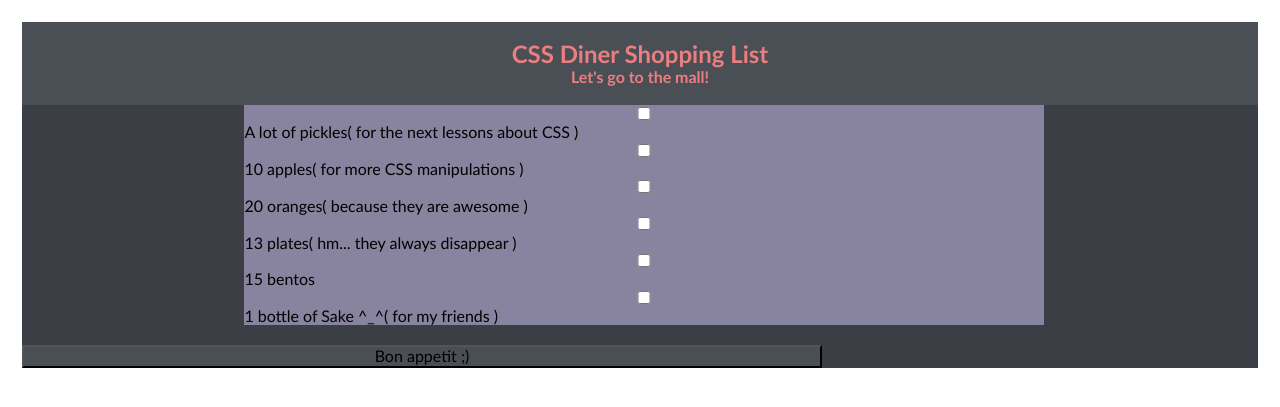
Repository: shpakovskaya/github.io
Page: selector css/shopping list/index.html
An editor plug-in stored every save of this project. The page is shown before and after the next save, followed by the edit.
The browser window is 1280 px wide. The pictures show the whole page.

Above is the page before, as saved 2021-10-25 22:03:07.

### selector css/shopping list/index.html
<!DOCTYPE html>
<html lang="en">
  <head>
    <meta charset="UTF-8" />
    <meta http-equiv="X-UA-Compatible" content="IE=edge" />
    <meta name="viewport" content="width=device-width, initial-scale=1.0" />
    <title>Shopping list</title>
    <link rel="shortcut icon" href="./favicon.ico" type="image/x-icon" />
    <link
      rel="stylesheet"
      href="https://cdnjs.cloudflare.com/ajax/libs/normalize/8.0.1/normalize.min.css"
      integrity="sha512-NhSC1YmyruXifcj/KFRWoC561YpHpc5Jtzgvbuzx5VozKpWvQ+4nXhPdFgmx8xqexRcpAglTj9sIBWINXa8x5w=="
      crossorigin="anonymous"
      referrerpolicy="no-referrer"
    />
    <link rel="stylesheet" href="./style.css" />
  </head>
  <body>
    <div class="container">
      <header class="header">
        <header class="header__wrapper">
          <br />
          <h2>CSS Diner Shopping List</h2>
          <h4>Let's go to the mall!</h4>
          <br />
        </header>
      </header>
      <div class="list">
        <form class="list__wrapper">
          <div>
            <input type="checkbox" id="pickles" name="pickles" />
            <label for="pickles">
              <span class="e-pickles">A lot of pickles</span></label
            >
          </div>
          <div>
            <input type="checkbox" id="apples" name="apples" />
            <label for="apples">
              <span class="e-apples">10 apples</span>
            </label>
          </div>
          <div>
            <input type="checkbox" id="oranges" name="oranges" />
            <label for="oranges"
              ><span class="e-oranges">20 oranges</span>
            </label>
          </div>
          <div>
            <input type="checkbox" id="plates" name="plates" />
            <label for="plates"><span class="e-plates">13 plates</span></label>
          </div>
          <div>
            <input type="checkbox" id="bentos" name="bentos" />
            <label for="bentos"><span class="e-bentos">15 bentos</span></label>
          </div>
          <div>
            <input type="checkbox" id="bottle" name="bottle" />
            <label for="bottle"
              ><span class="e-bottle">1 bottle of Sake ^_^</span></label
            >
          </div>
        </form>
      </div>
      <div class="submit">
        <input type="submit" class="bon" value="Bon appetit ;)" />
      </div>
    </div>
  </body>
</html>

### selector css/shopping list/style.css
* {
  margin: 0;
  padding: 0;
  box-sizing: border-box;
  width: 100%;
  transition: all 0.1s ease-in;
}

.container {
  width: 100%;
  max-width: 1920px;
  height: 100%;
  box-sizing: border-box;
  background: #3b3f45;
  border: #ffff solid 22px;
  font-family: "Trebuchet MS", Arial, sans-serif;
}
.header__wrapper {
  width: 100%;
  height: 20%;
  color: #eb7e7f;
  background: #4a4f56;
  text-align: center;
}
.list__wrapper {
  box-sizing: border-box;
  width: 800px;
  background-color: #88839e;
  position: relative;
  left: 18%;
  display: block;
  justify-items: left;
}

.list__wrapper label {
  white-space: nowrap;
}

.e-pickles::after {
  content: "( for the next lessons about CSS )";
  font-size: 16px;
}

.e-apples::after {
  content: "( for more CSS manipulations )";
  font-size: 16px;
}

.e-oranges::after {
  content: "( because they are awesome )";
  font-size: 16px;
}

.e-plates::after {
  content: "( hm... they always disappear )";
  font-size: 16px;
}

.e-bottle::after {
  content: "( for my friends )";
  font-size: 16px;
}

.e-pickles::before {
  content: normal;
}

.bon {
  width: 800px;
  box-sizing: border-box;
  background: #4a4f56;
  margin-top: 20px;
}

After the next save:
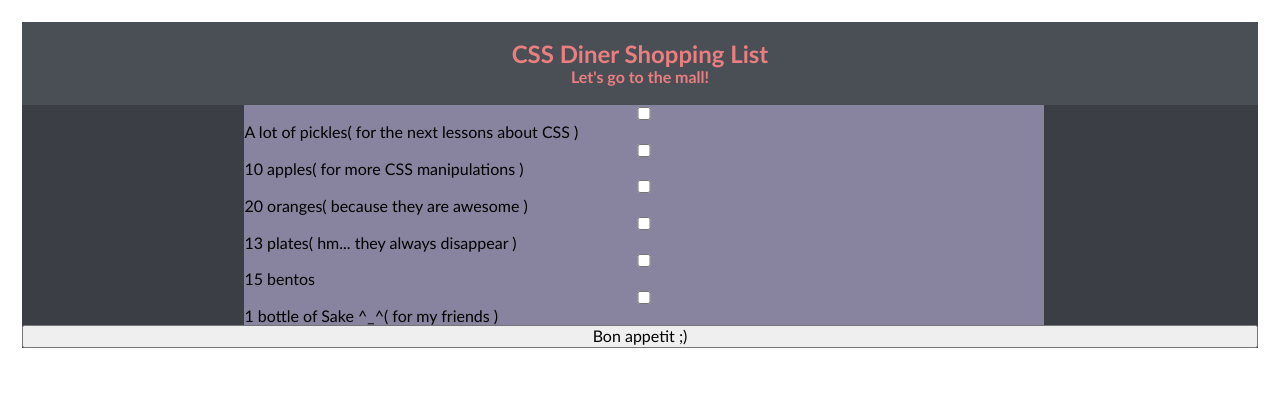
Saved 26 s later.
--- a/selector css/shopping list/index.html
+++ b/selector css/shopping list/index.html
@@ -62,7 +62,7 @@
         </form>
       </div>
       <div class="submit">
-        <input type="submit" class="bon" value="Bon appetit ;)" />
+        <input type="submit" class="bon_wrapper" value="Bon appetit ;)" />
       </div>
     </div>
   </body>
